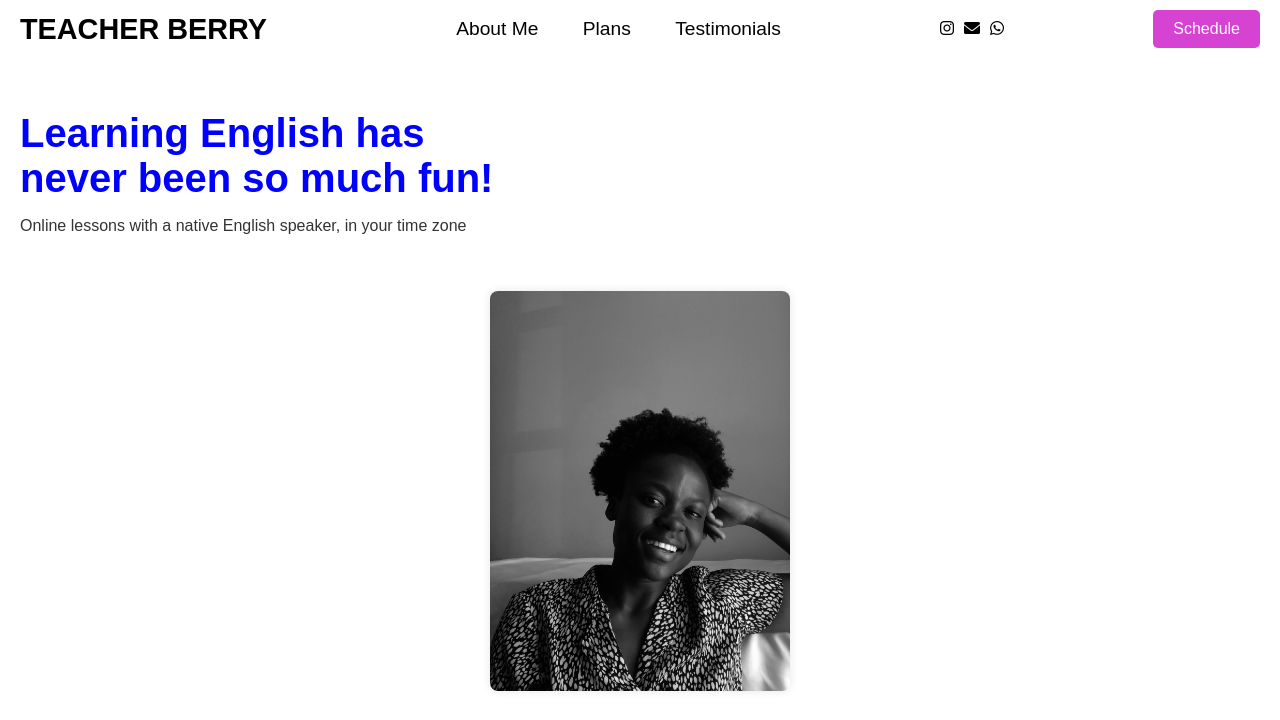
Repository: ntandomagana/esl-landing-page
Page: index.html
The author's editor kept a copy of each file at every save. The page is drawn from the files as they stood at one save, then again after a run of saves.
The browser window is 1280 px wide. The pictures show the whole page.

Above is the page before, as saved 2024-07-16 23:26:42.

After the next 3 saves:
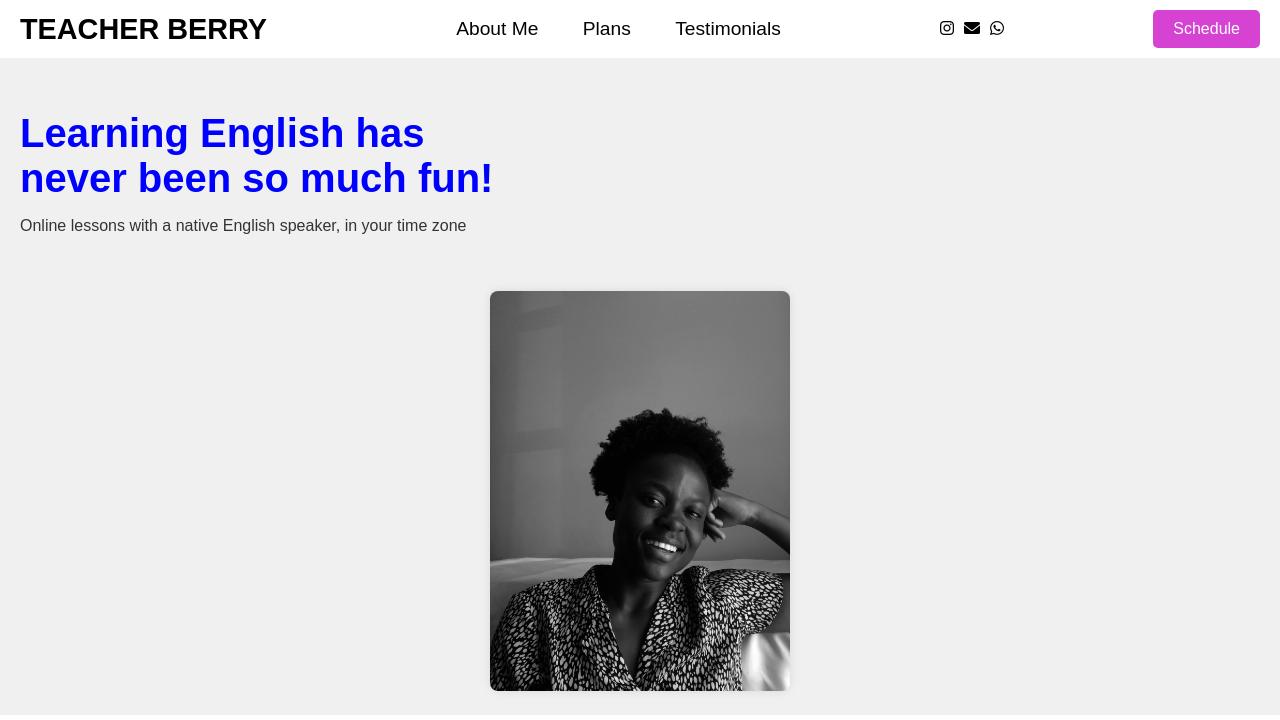
The 3 saves are shown as one change because they came seconds apart.
The last was saved 10 s later.
--- a/index.css
+++ b/index.css
@@ -71,7 +71,7 @@ nav ul li a {
 }
 
 .content-section {
-    background-color
+    background-color: #f0f0f0;
 }
 
 .left-content {
